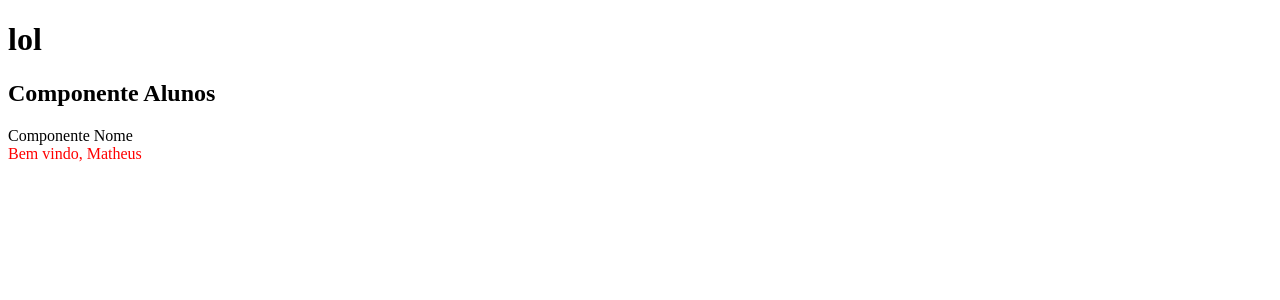
Repository: joaoaspimienta/estudos-de-context-api
Page: /
These files come from the project's save history. The page is drawn as it stood at one moment and after the next save; the edit follows.
The browser window is 1280 px wide. The pictures show the whole page.
The project was rebuilt for these pictures with package versions that can differ from the ones it lists, and the page was loaded fresh each time.

Above is the page before, as saved 2022-06-16 20:34:35.

After the next save:
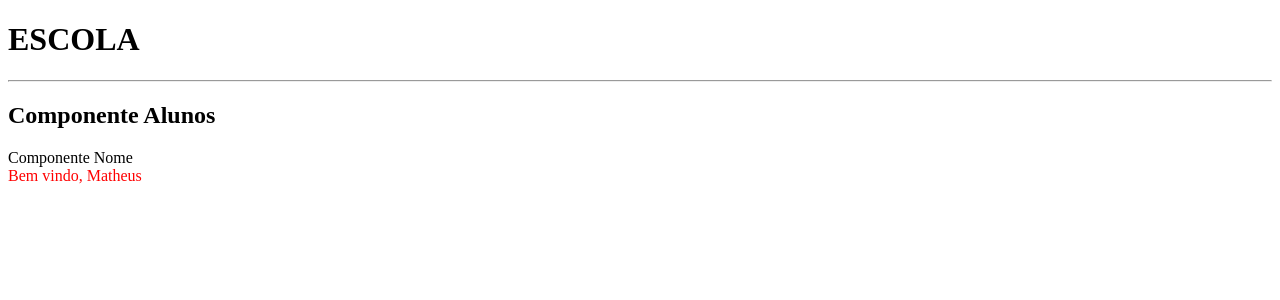
Saved 39 s later.
--- a/src/App.js
+++ b/src/App.js
@@ -4,7 +4,8 @@ import Nome from "./components/Nome";
 function App() {
   return (
     <div>
-      <h1>lol</h1>
+      <h1>ESCOLA</h1>
+      <hr />
       <Alunos />
       <Nome />
     </div>
